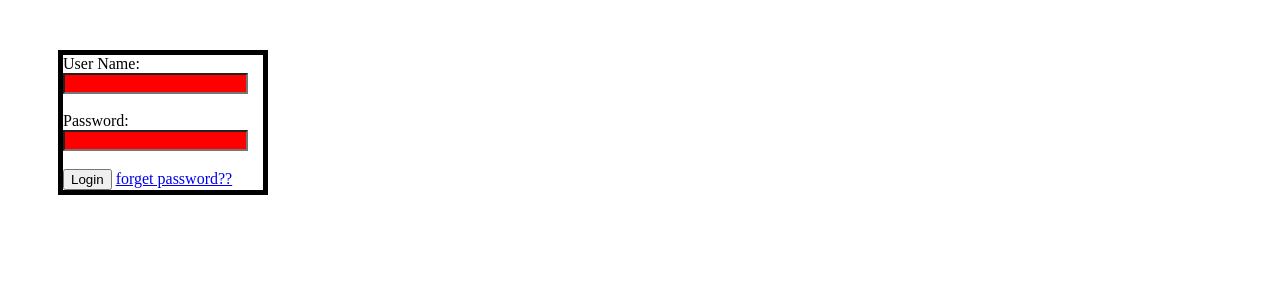
Repository: AmritOjha01/sms
Page: http://localhost/StudentManagementSystem/UserController?action=listUser
The author's editor kept a copy of each file at every save. The page is drawn from the files as they stood at one save, then again after the next save.
The browser window is 1280 px wide. The pictures show the whole page.
The page is served by Tomcat 9.

Above is the page before, as saved 2017-03-27 11:23:59.

After the next save:
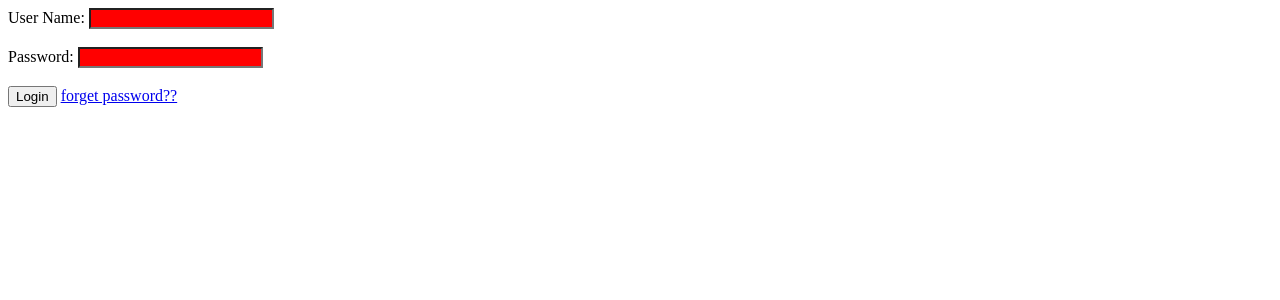
Saved 78 s later.
--- a/StudentManagementSystem/WebContent/login.jsp
+++ b/StudentManagementSystem/WebContent/login.jsp
@@ -5,15 +5,18 @@
 <head>
 <meta http-equiv="Content-Type" content="text/html; charset=ISO-8859-1">
 <title>Insert title here</title>
-<link rel="stylesheet" type="text/css" href="resources/customcss/demo.css">
+<link rel="stylesheet" type="text/css"
+	href="resources/customcss/demo.css">
 </head>
 <body>
-	<form action="LoginController" method="post" id="f">
-		User Name: <input type="text" name="uName" class="css-style "><br>
-		<br> Password: <input type="password" name="pass"
-			class="css-style "><br> <br> <input type="submit"
-			value="Login"> <a href="LoginController?action=getpassword">forget
-			password??</a>
-	</form>
+	<div>
+		<form action="LoginController" method="post">
+			User Name: <input type="text" name="uName" class="css-style "><br>
+			<br> Password: <input type="password" name="pass"
+				class="css-style "><br> <br> <input type="submit"
+				value="Login"> <a href="LoginController?action=getpassword">forget
+				password??</a>
+		</form>
+	</div>
 </body>
 </html>
